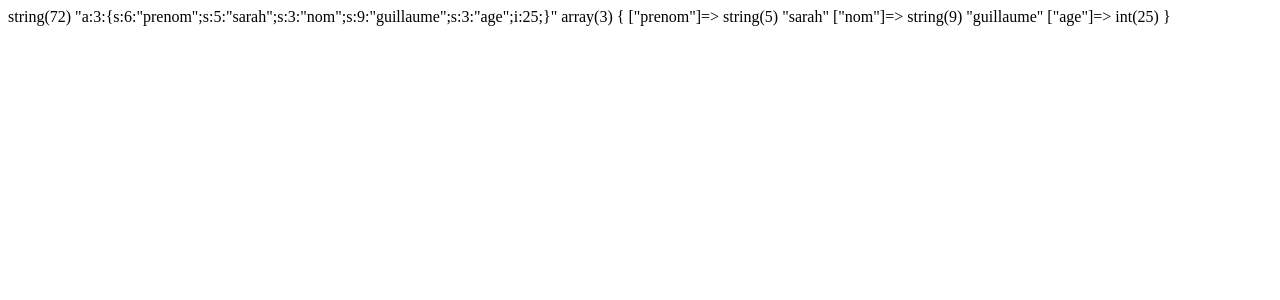
Repository: SarahG4000/workshop-cookies
Page: http://localhost/
These files come from the project's save history. The page is drawn as it stood at one moment and after the next save; the edit follows.
The browser window is 1280 px wide. The pictures show the whole page.
The page is run by PHP 8.4 with error messages shown; the project is at /var/www/html/.

Above is the page before, as saved 2020-09-02 12:13:21.

### src/index.php
<?php
include './php/cookies.php'; ?>

<!DOCTYPE html>
<html lang="en">

<head>
    <meta charset="UTF-8">
    <meta name="viewport" content="width=device-width, initial-scale=1.0">
    <title>Workshop</title>
</head>

<body>
    <div id="app">
        <button id="run">Run</button>

        <input type="text" id="creatin"  />
        <p>
        <button id="creat">Créer cookie 1</button><br>
        <button id="read">Lire cookie 1</button><br>
        <button id="delete">Supprimer cookie 1</button>
        </p>


        <!-- <?php
//HelloWorld();
?> -->
    </div>
    <script src="./javasscript/cookies.js"></script>

</body>

</html>

### src/php/cookies.php
<?php
$user = [
    'prenom' => 'sarah',
    'nom' => 'guillaume',
    'age' => 25,
];
var_dump(serialize($user));
var_dump(
    unserialize(
        'a:3:{s:6:"prenom";s:5:"sarah";s:3:"nom";s:9:"guillaume";s:3:"age";i:25;}'
    )
);
die();

// $nomutilisateur = null;
// if (!empty($_GET['action']) && $_GET['action'] === 'deconnecter') {
//     unset($_COOKIE['nomutilisateur']);
//     setcookie('name', '', time() - 10);
// }
// if (!empty($_COOKIE['name'])) {
//     $nomutilisateur = $_COOKIE['name'];
// }
// if (!empty($_POST['nom'])) {
//     setcookie('name', $_POST['nom']);
// }

// setcookie('name', 'sarah', time() + 60 * 60 * 24);
// var_dump($_COOKIE);

// $hello = 'hello World';

// function HelloWorld()
// {
//     echo '<h1>Hello World</h1>';
// }
//
?>
<?php if ($nomutilisateur): ?>
    <h1>Hello <?= htmlentities($nomutilisateur) ?></h1>
    <a href="index.php?action=deconnecter">Se deconnecter</a>
<?php else: ?>
<form action="" method="post">
<div>
<input name="nom" placeholder="entre votre nom" />
</div>
<button>Se connecter</button>
</form>
<?php endif; ?>

### src/javasscript/cookies.js
const hello = 'Hello World'

document.querySelector('#run').addEventListener('click', () => {
  console.log(hello)
})

After the next save:
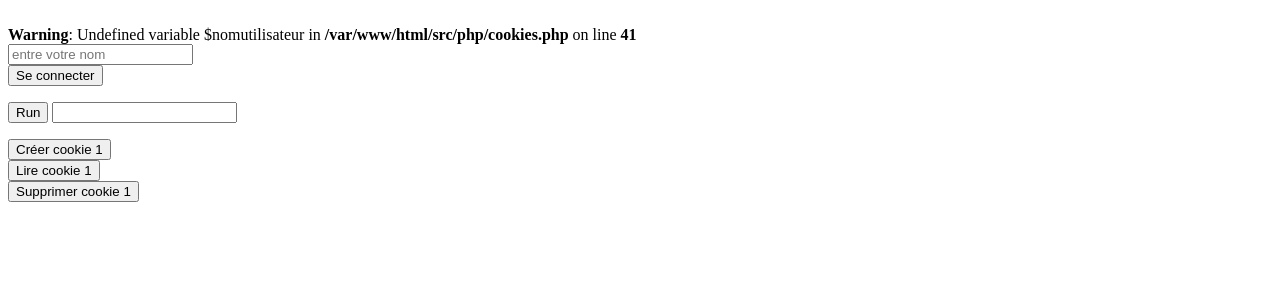
Saved 98 s later.
--- a/src/php/cookies.php
+++ b/src/php/cookies.php
@@ -4,13 +4,16 @@ $user = [
     'nom' => 'guillaume',
     'age' => 25,
 ];
-var_dump(serialize($user));
-var_dump(
-    unserialize(
-        'a:3:{s:6:"prenom";s:5:"sarah";s:3:"nom";s:9:"guillaume";s:3:"age";i:25;}'
-    )
-);
-die();
+
+setcookie('utilisateur', serialize($user));
+
+// var_dump(serialize($user));
+// var_dump(
+//     unserialize(
+//         'a:3:{s:6:"prenom";s:5:"sarah";s:3:"nom";s:9:"guillaume";s:3:"age";i:25;}'
+//     )
+// );
+// die();
 
 // $nomutilisateur = null;
 // if (!empty($_GET['action']) && $_GET['action'] === 'deconnecter') {
